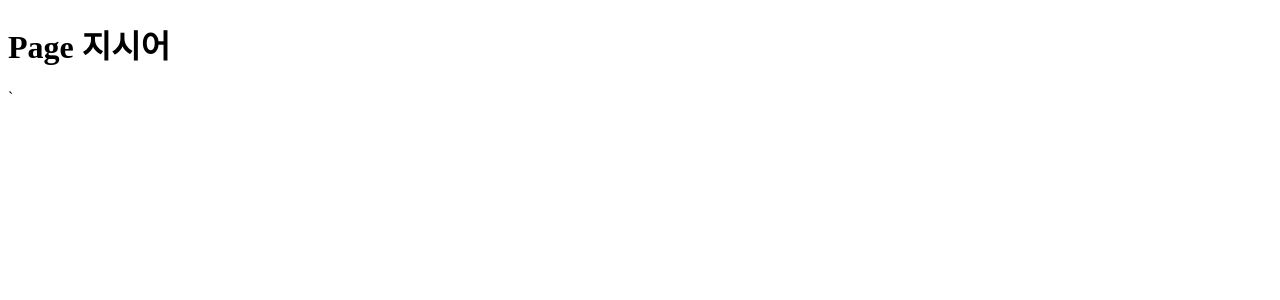
Repository: DonghwanSon1/StudyAndSubwayStore
Page: http://localhost/2_JSP/views/02_DirectivePage.jsp
An editor plug-in stored every save of this project. The page is shown before and after the next save, followed by the edit.
The browser window is 1280 px wide. The pictures show the whole page.
The page is served by Tomcat 9.

Above is the page before, as saved 2022-06-02 06:41:02.

After the next save:
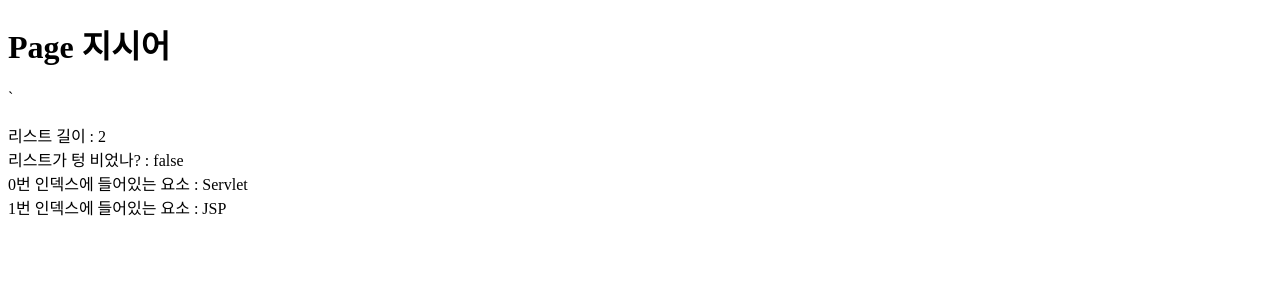
Saved 3 min 38 s later.
--- a/2_JSP/WebContent/views/02_DirectivePage.jsp
+++ b/2_JSP/WebContent/views/02_DirectivePage.jsp
@@ -15,8 +15,22 @@
 		// ArrayList 사용
 		ArrayList<String> list = new ArrayList<>();
 
+		list.add("Servlet");
+		list.add("JSP");
+
 	%>
 
+
+	<p>
+		리스트 길이 : <%= list.size() %> <br>
+		리스트가 텅 비었나? : <%= list.isEmpty() %> <br>
+		0번 인덱스에 들어있는 요소 : <%= list.get(0) %> <br>
+		1번 인덱스에 들어있는 요소 : <%= list.get(1) %> <br>
+
+		<br>
+
+
+	</p>
 
 
 
